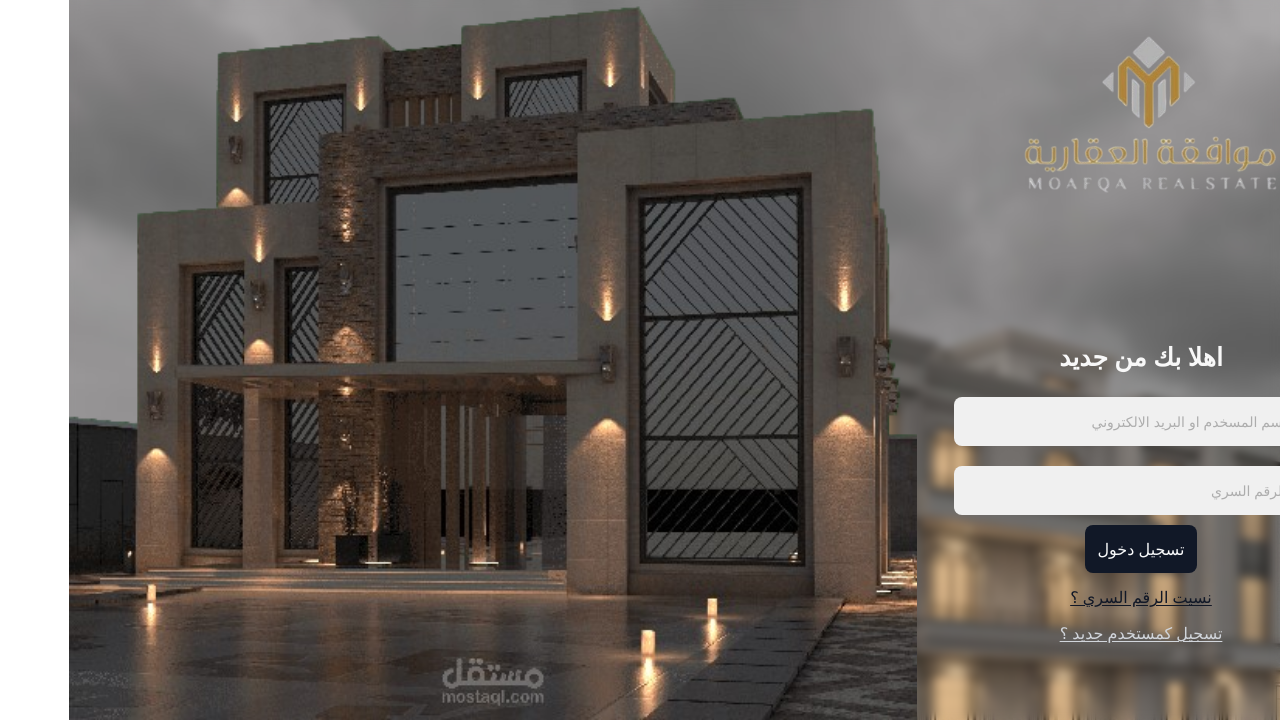
Repository: EslamKhial1997/immovables
Page: /auth
These files come from the project's save history. The page is drawn as it stood at one moment and after a run of saves; the edit follows.
The browser window is 1280 px wide. The pictures show the whole page.
Some web libraries are served in a nearby version. The project was rebuilt for these pictures with package versions that can differ from the ones it lists, and the page was loaded fresh each time. Also part of the build but not shown: vite.config.js, src/Components/layout/Navbar.jsx, src/Components/contents/OurProjects.jsx, src/Components/contents/OurAchievements.jsx, src/Components/layout/Footer.jsx, src/Components/contents/home/Slider.jsx, src/Components/contents/home/Blogs.jsx, src/App.jsx and 6 more.

Above is the page before, as saved 2024-07-27 00:29:01.

After the next 2 saves:
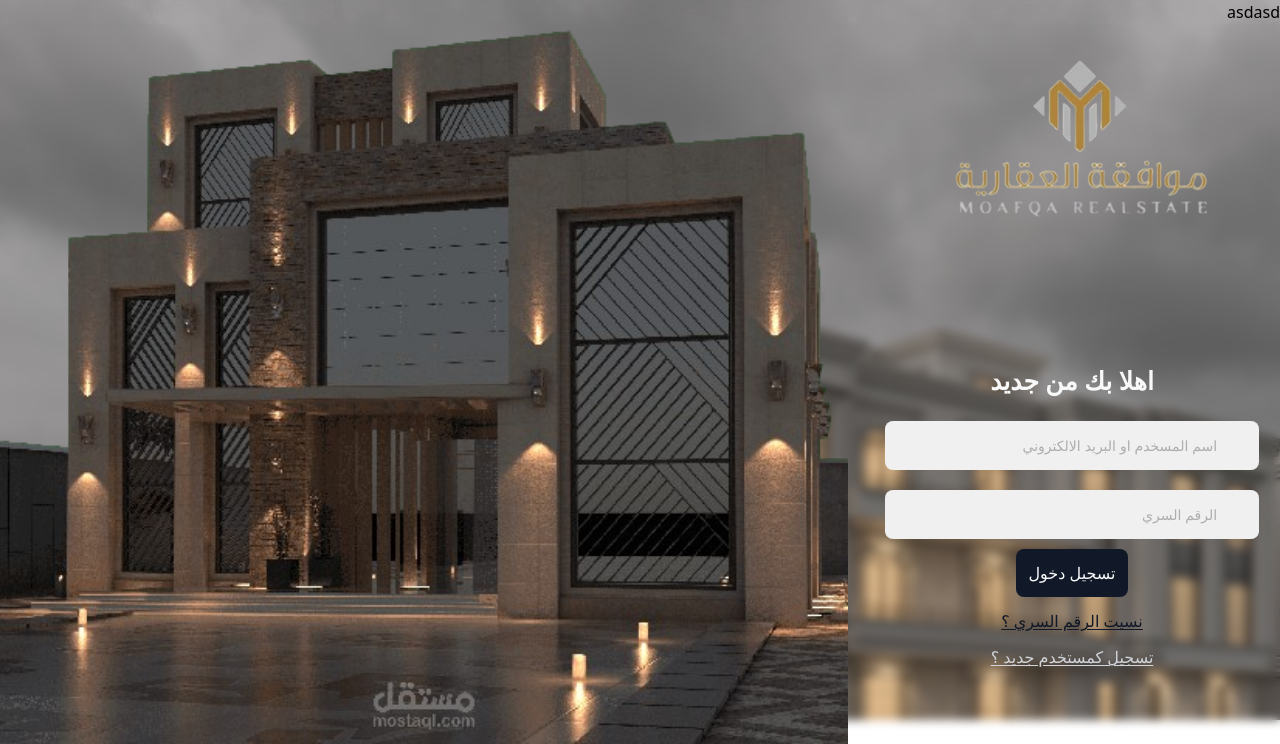
The 2 saves are shown as one change because they came seconds apart.
The last was saved 11 s later.
--- a/src/Components/auth/Auth.jsx
+++ b/src/Components/auth/Auth.jsx
@@ -10,6 +10,7 @@ const Auth = () => {
         backgroundRepeat: "no-repeat",
       }}
     >
+       <button></button>asdasd
       <Outlet />
     </div>
   );
